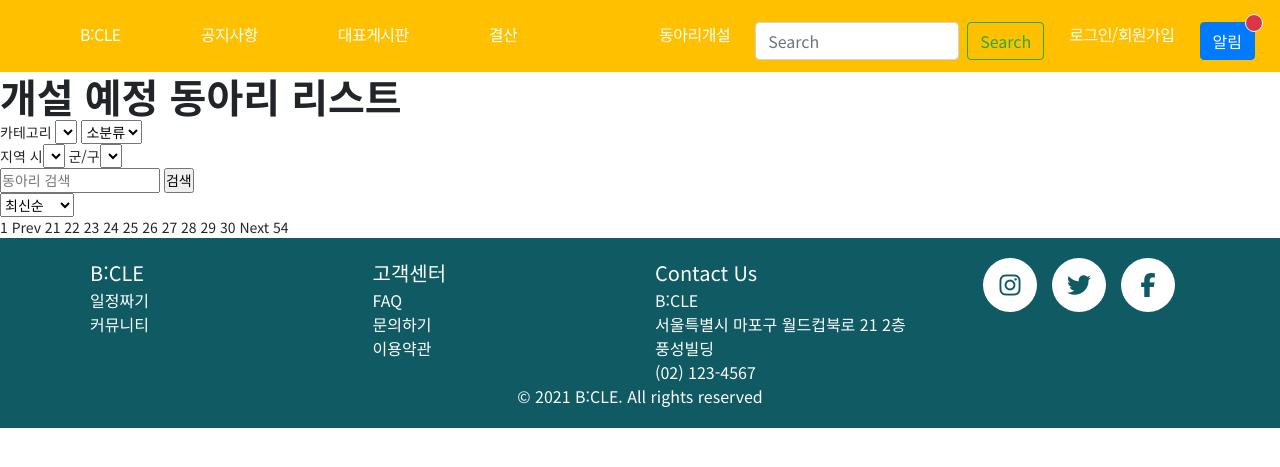
Repository: CHAEYUN7074/SpringProject_Bcle
Page: http://localhost/Bcle/ClubBeforeOpenedList.jsp
The author's editor kept a copy of each file at every save. The page is drawn from the files as they stood at one save, then again after the next save.
The browser window is 1280 px wide. The pictures show the whole page.
Some web fonts or font styles are not loaded; a fallback is used. Some web libraries are served in a nearby version. The page is served by Tomcat 9. The template is opened directly, without the code that normally fills it, so the values that code supplies are empty.

Above is the page before, as saved 2021-12-18 11:43:59.
Console error (its wording comes from the project's code and is left out).

### Bcle/WebContent/ClubBeforeOpenedList.jsp
<%@ page contentType="text/html; charset=UTF-8"%>
<%@ taglib prefix="c" uri="http://java.sun.com/jsp/jstl/core"%>
<%
	request.setCharacterEncoding("UTF-8");
String cp = request.getContextPath();
%>
<!DOCTYPE html>
<html>
<head>
<meta charset="UTF-8">
<title>ClubBeforeOpenedList.jsp</title>
<style>
.box {
    width: 30px;
    height: 30px;
    border-radius: 70%;
    overflow: hidden;
}
.profile {
    width: 100%;
    height: 100%;
    object-fit: cover;
}
</style>
</head>
<body>
	<!--
ClubBeforeOpenedList.jsp
- 메인화면(로그인 전) 페이지 2 -⑤ 회원 모집 동아리 리스트
 -->

		<!-- nav 영역 -->
		<div>
			<c:import url="nav.jsp"></c:import>
		</div>

		<!-- 컨텐츠영역 -->
		<div>
			<h1>개설 예정 동아리 리스트</h1>
		</div>

		<div>

			<form>
			<div>
				카테고리 <select id="category_L_Id" name="category_L_Id">
					<c:forEach var="category" items="${categoryLList }">
						<option value="${category.category_l_id }">${category.l_cat }</option>
					</c:forEach>
				</select> <select id="category_s_id" name="category_s_id">
					<option value="" selected="selected">소분류</option>

				</select>
			</div>


			<div>

				지역 시<select id="region_L_ID" name="region_L_Id">
					<c:forEach var="region" items="${regionLList }">
						<option value="${region.region_l_id }">${region.city}</option>
					</c:forEach>

				</select> 군/구<select id="region_S_ID" name="region_S_Id">


				</select>
			</div>




			<div>
				<input type="text" placeholder="동아리 검색" class="search" />
				<input type="button" value="검색" id="searchbutton">
			</div>
			</form>
		</div>
		<form>
		<div>
			<select>
				<!-- 동아리 정렬 방법 -->
				<option value="1" selected="selected">최신순</option>
				<option value="2">오래된순</option>
				<option value="3">회원수</option>
			</select><br>
		</div>
		</form>

		<div>
			<!-- 동아리 목록 -->
			<table>
				<c:forEach var="preclub" items="${preopenList}" >
				<tr>
					<td>
    				<p class = "titlelist"> ${preclub.title}
				    </td>

				</tr>
				</c:forEach>

			</table>
		</div>

		<div>
			<p>1 Prev 21 22 23 24 25 26 27 28 29 30 Next 54</p>
		</div>


		<!-- 풋터영역 -->
		<div>
			<c:import url="footer.jsp"></c:import>
		</div>



</body>
<script type="text/javascript">
      function filter(){

        var value, name, item, i;

        value = document.getElementById("value").value.toUpperCase();
        item = document.getElementsByClassName("item");

        for(i=0;i<item.length;i++){
          name = item[i].getElementsByClassName("name");
          if(name[0].innerHTML.toUpperCase().indexOf(value) > -1){
            item[i].style.display = "flex";
          }else{
            item[i].style.display = "none";
          }
        }
      }
</script>
</html>

### Bcle/WebContent/nav.jsp
<%@ page contentType="text/html; charset=UTF-8"%>
<%@ taglib prefix="c" uri="http://java.sun.com/jsp/jstl/core"%>
<%
	request.setCharacterEncoding("UTF-8");
String cp = request.getContextPath();
%>
<!DOCTYPE html>
<html lang="ko">
<head>
<meta charset="UTF-8">
<meta name="viewport" content="width=device-width, initial-scale=1">
<title>B:CLE</title>
<!-- <link rel="stylesheet" href="css/main.css"> -->
<link rel="stylesheet" href="css/font-awesome.min.css">
<link
	href="https://cdn.jsdelivr.net/npm/bootstrap@5.1.3/dist/css/bootstrap.min.css"
	rel="stylesheet"
	integrity="sha384-1BmE4kWBq78iYhFldvKuhfTAU6auU8tT94WrHftjDbrCEXSU1oBoqyl2QvZ6jIW3"
	crossorigin="anonymous">

<style>
@import
	url('https://fonts.googleapis.com/css?family=Exo+2|Noto+Sans+KR&display=swap')
	;
/*reset*/
* {
	margin: 0;
	padding: 0;
}
body {
	margin: 0;
}
h1, h2, h3, h4, h5, h6, p, ul, ol, li, dl, dt, dd {
	margin: 0;
	padding: 0;
}
h1, h2, h3, h4, h5, h6 {
	font-weight: 700;
	font-size: inherit;
}
a {
	color: inherit;
	text-decoration: inherit;
}
img {
	vertical-align: middle;
}
a img {
	border: none;
}
li {
	list-style: none;
}
address, em, i, ul {
	font-style: normal;
}
.mo {
	display: none;
}
body {
	font-family: 'Noto Sans KR', sans-serif;
	font-size: 14px;
}
header {
	font-family: 'Noto Sans KR', sans-serif;
	letter-spacing: -0.5px;
	background: rgb(255, 192, 0);
	color: white;
	height: 10vh;
	width: 100%;
	position: relative;
	margin-top: -20px;
}
.mainHeader {
	width: 100%;
	margin-top: 20px;
	box-sizing: border-box;
	vertical-align: center;
}
.mainHeader .gnbMo {
	display: none;
}
.mainHeader .gnb {
	float: left;
	margin-left: 80px;
	margin-top: 3vh;
}
.mainHeader .gnb li {
	float: left;
	margin-right: 80px;
}
.mainHeader .gnb li a {
	display: block;
	width: 100%;
	height: 100%;
	text-align: center;
	color: #fff;
	font-size: 16px;
	text-decoration-line: none;
}
.mainHeader .gnb li a:hover, .mainHeader .gnb li a:focus {
	color: #ff8342;
}
.mainHeader .tnb {
	float: right;
	margin-top: 3vh;
}
.mainHeader .tnb li {
	float: left;
	margin-right: 25px;
}
.mainHeader .tnb li a {
	display: block;
	width: 100%;
	height: 100%;
	text-align: center;
	font-size: 16px;
	color: #fff;
	text-decoration-line: none;
}
.mainHeader .tnb li:nth-child(1) a i, .mainHeader .tnb li:nth-child(2) a i
	{
	font-size: 20px;
	margin-right: 8px;
}
.mainHeader .tnb li:last-child a {
	display: block;
	width: 105px;
	line-height: 2;
	border: 1px solid #fff;
	border-radius: 30px;
	margin-top: 35px;
}
.mainHeader .tnb li:last-child a i {
	margin-left: 5px;
}
.mainHeader .tnb li:last-child a:hover {
	background: #fff;
	color: #ff8342;
	transition: all 0.3s;
}
.btn-primary {
    color: #fff;
    background-color: #105b63;
    border-color: #105b63;
}
</style>


</head>
<body>

	<c:choose>
		<c:when test="${!empty id }">
			<header>
				<div class="mainHeader">
					<nav class="gnb">
						<ul>
							<li><a href="#">B:CLE</a></li>
							<li><a href="#">공지사항</a></li>
							<li><a href="#">대표게시판</a></li>
							<li><a href="#">결산</a></li>
						</ul>
					</nav>
					<nav class="tnb">
						<ul>

							<li><a href="clubinsertform.action">동아리개설</a></li>

							<li>
								<form class="d-flex">
									<input class="form-control me-2" type="search"
										placeholder="Search" aria-label="Search">
									<button class="btn btn-outline-success" type="submit">Search</button>
								</form>
							</li>



							<!-- 값을 넘겨보려 시도했는데 실패...ㅠ 다시 해볼게요 - 현정 -->
							<li><a href="#">마이페이지</a></li>
							<li><button type="button"
									class="btn btn-primary position-relative">
									알림 <span
										class="position-absolute top-0 start-100 translate-middle p-2 bg-danger border border-light rounded-circle">
										<span class="visually-hidden">New alerts</span>
									</span>
								</button></li>
							<li><a href="logout.action">로그아웃</a></li>
						</ul>
					</nav>
					<nav class="gnbMo">
						<a href="#"><i class="fa fa-bars" aria-hidden="true"></i></a>
					</nav>
				</div>
			</header>
		</c:when>
		<c:otherwise>
			<header>
				<div class="mainHeader">
					<nav class="gnb">
						<ul>
							<li><a href="#">B:CLE</a></li>
							<li><a href="#">공지사항</a></li>
							<li><a href="#">대표게시판</a></li>
							<li><a href="#">결산</a></li>
						</ul>
					</nav>
					<nav class="tnb">
						<ul>

							<li><a href="clubinsertform.action">동아리개설</a></li>

							<li>
								<form class="d-flex">
									<input class="form-control me-2" type="search"
										placeholder="Search" aria-label="Search">
									<button class="btn btn-outline-success" type="submit">Search</button>
								</form>
							</li>




							<li><a href="#"></i>로그인/회원가입</a></li>
							<li><button type="button"
									class="btn btn-primary position-relative">
									알림 <span
										class="position-absolute top-0 start-100 translate-middle p-2 bg-danger border border-light rounded-circle">
										<span class="visually-hidden">New alerts</span>
									</span>
								</button></li>
						</ul>
					</nav>
					<nav class="gnbMo">
						<a href="#"><i class="fa fa-bars" aria-hidden="true"></i></a>
					</nav>
				</div>
			</header>
		</c:otherwise>
	</c:choose>
	<!--header-->




</body>
</html>

<!-- 검색부분에 쓸 부트스트랩 -->
<!--       <form class="d-flex">
        <input class="form-control me-2" type="search" placeholder="Search" aria-label="Search">
        <button class="btn btn-outline-success" type="submit">Search</button>
      </form> -->

### Bcle/WebContent/footer.jsp
<%@ page contentType="text/html; charset=UTF-8"%>
<%@ taglib prefix="c" uri="http://java.sun.com/jsp/jstl/core"%>
<%
	request.setCharacterEncoding("UTF-8");
	String cp = request.getContextPath();
%>
<!DOCTYPE html>
<html>
<head>
<meta charset="utf-8">
<title>B:CLE Footer(예비용)</title>

<link
	href="https://cdn.jsdelivr.net/npm/bootstrap@4.4.1/dist/css/bootstrap.min.css"
	rel="stylesheet">
<script
	src="https://cdn.jsdelivr.net/npm/bootstrap@4.4.1/dist/js/bootstrap.bundle.min.js"></script>
<link rel="preconnect" href="https://fonts.googleapis.com">
<link rel="preconnect" href="https://fonts.gstatic.com">
<link
	href="https://fonts.googleapis.com/css2?family=Noto+Sans+KR:wght@400;700&display=swap"
	rel="stylesheet">
<script src="https://kit.fontawesome.com/dab690a483.js" crossorigin="anonymous"></script>
<style type="text/css">

/*reset*/
* {margin: 0;padding: 0;}
body {margin: 0;}
h1, h2, h3, h4, h5, h6, p, ul, ol, li, dl, dt, dd {margin: 0; padding: 0;}
h1, h2, h3, h4, h5, h6 {font-weight: 700; }
a {color: inherit; text-decoration: inherit;}
img {vertical-align: middle;}
a img {border: none;}
li {list-style: none;}
address, em, i, ul {font-style: normal;}

/*layout*/
.mo {display: none;}
.en {font-family: 'Exo 2', sans-serif;}
body {font-family: 'Noto Sans KR', sans-serif; font-size: 14px;}
.wrap {margin: 0 auto; }

#footer-wrapper
{
	background-color: #105B63;
	font-family: 'Noto Sans KR', sans-serif;
	font-size: 12pt;
	/* position:fixed; */
}
.title
{
	font-family: 'Noto Sans KR', sans-serif;
	font-size: 15pt;
	color: white;
}

.container
{
	padding: 20px;
}

ul
{
   list-style:none;
   padding-left:0px;
}
a.menuitem
{
	text-decoration: none;
	text-align: center;
	color: white;
}
a.menuitem
{
	text-decoration: none;
	text-align: center;
	color: white;
}
a.menuitem:hover
{
	color: #FFD34E;
}

p.menuitem
{
	color: white;
}
.second-box
{
  display: flex;
  justify-content: flex-end;
}

.icon
{
  /* width: 40%; */
  display: flex;
  justify-content: flex-end;
  color: #105B63;
}

.icon-box
{
  width: 54px;
  height: 54px;
  background-color: white;
  border-radius: 50%;
  margin-right: 15px;
  display: flex;
  justify-content: center;
  align-items: center;
}

.icon
{
  font-size: 24px;
}
.icon:hover {
  color: #FFD34E;
}

ul.menu
{
	color: white;
}

</style>

</head>
<body>

<!-- Footer -->
<div id="footer-wrapper">
	<footer id="footer" class="container">
		<div class="row">
			<div class="col-3 col-6-medium col-12-small">

				<!-- Links -->
					<section class="widget links">
						<div class="title">B:CLE</div>
						<ul class="style2">
							<li><a href="#" class="menuitem">일정짜기</a></li>
							<li><a href="mainhome.action" class="menuitem">커뮤니티</a></li>
							<!-- <li><a href="#">Felis varius pellentesque potenti</a></li>
							<li><a href="#">Nullam scelerisque blandit leo</a></li> -->
						</ul>
					</section>

			</div>
			<div class="col-3 col-6-medium col-12-small">

				<!-- Links -->
					<section class="widget links">
						<div class="title">고객센터</div>
						<ul class="style2">
							<li><a href="#" class="menuitem">FAQ</a></li>
							<li><a href="#" class="menuitem">문의하기</a></li>
							<li><a href="#" class="menuitem">이용약관</a></li>
							<!-- <li><a href="#">Felis varius pellentesque potenti</a></li>
							<li><a href="#">Nullam scelerisque blandit leo</a></li> -->
						</ul>
					</section>

			</div>

			<div class="col-3 col-6-medium col-12-small">

				<!-- Contact -->
					<section class="widget contact last">
						<div class="title">Contact Us</div>

						<p class="menuitem">B:CLE<br />
						서울특별시 마포구 월드컵북로 21 2층 풍성빌딩<br />
						(02) 123-4567</p>
					</section>

			</div>

			<div class="col-3 col-6-medium col-12-small">

				<!-- 아이콘 -->
				<!-- <section class="widget contact last icon"> -->
					<div class="second-box">
			              <div class="icon-box">
			                  <i class="fab fa-instagram icon"></i>
			              </div>
			              <div class="icon-box">
			                  <i class="fab fa-twitter icon"></i>
			              </div>
			              <div class="icon-box">
			                  <i class="fab fa-facebook-f icon"></i>
			              </div>
					</div>
				<!-- </section> -->

			</div>

		</div>

		<div class="row">
			<div class="col-12">
				<div id="copyright">
					<ul class="menu" style="text-align: center;">
						<li>&copy; 2021 B:CLE. All rights reserved</li>
					</ul>
				</div>
			</div>
		</div>
	</footer>
</div>

</body>
</html>

After the next save:
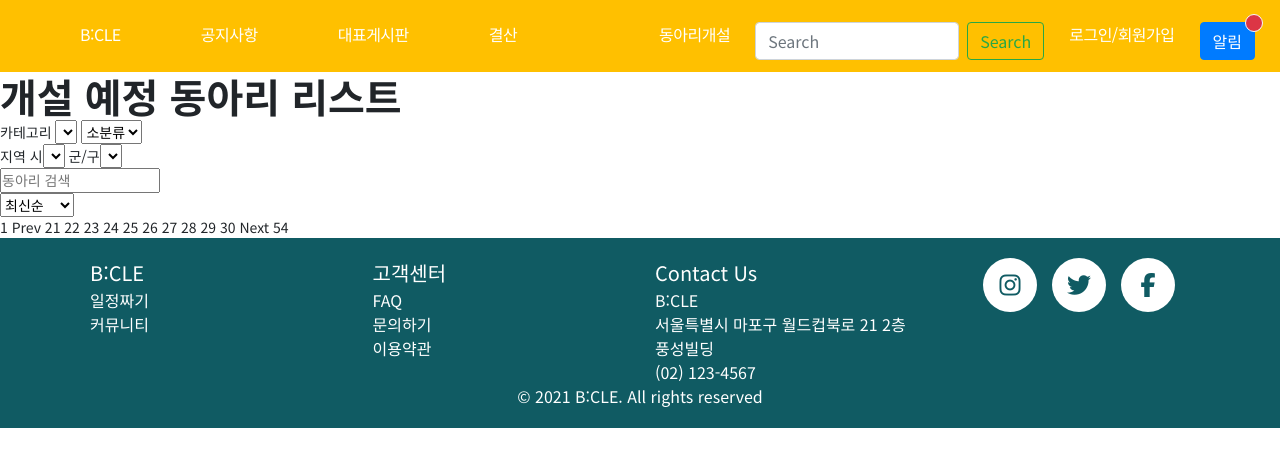
Saved 2 min 50 s later.
--- a/Bcle/WebContent/ClubBeforeOpenedList.jsp
+++ b/Bcle/WebContent/ClubBeforeOpenedList.jsp
@@ -71,8 +71,7 @@ ClubBeforeOpenedList.jsp
 
 
 			<div>
-				<input type="text" placeholder="동아리 검색" class="search" />
-				<input type="button" value="검색" id="searchbutton">
+				<input onkeyup="filter()" type="text" id="value" placeholder="동아리 검색" >
 			</div>
 			</form>
 		</div>
